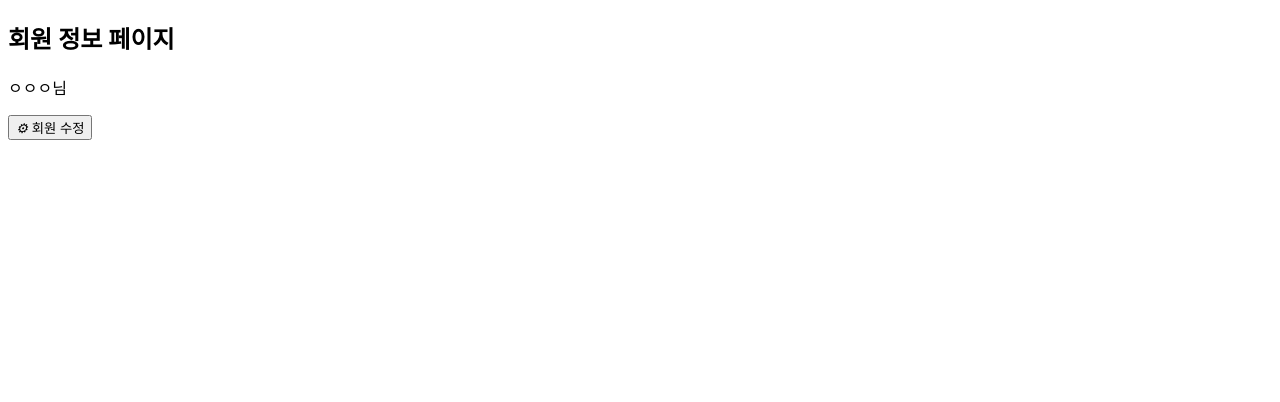
Repository: tnal465/javapj
Page: mergeproject/src/main/webapp/WEB-INF/views/user.html
These files come from the project's save history. The page is drawn as it stood at one moment and after the next save; the edit follows.
The browser window is 1280 px wide. The pictures show the whole page.

Above is the page before, as saved 2025-03-07 17:16:21.

### mergeproject/src/main/webapp/WEB-INF/views/user.html
<!DOCTYPE html>
<html>
<head>
<meta charset="UTF-8">
<title>Insert title here</title>
<script>
        function editPage() {
            window.location.href = "/user/edit"; // 회원 수정 페이지 URL
        }
    </script>
</head>
<body>
<h2>회원 정보 페이지</h2>
<p>ㅇㅇㅇ님</p>
<button onclick="editPage()">
    <i>⚙</i> 회원 수정
</button>
</body>
</html>

After the next save:
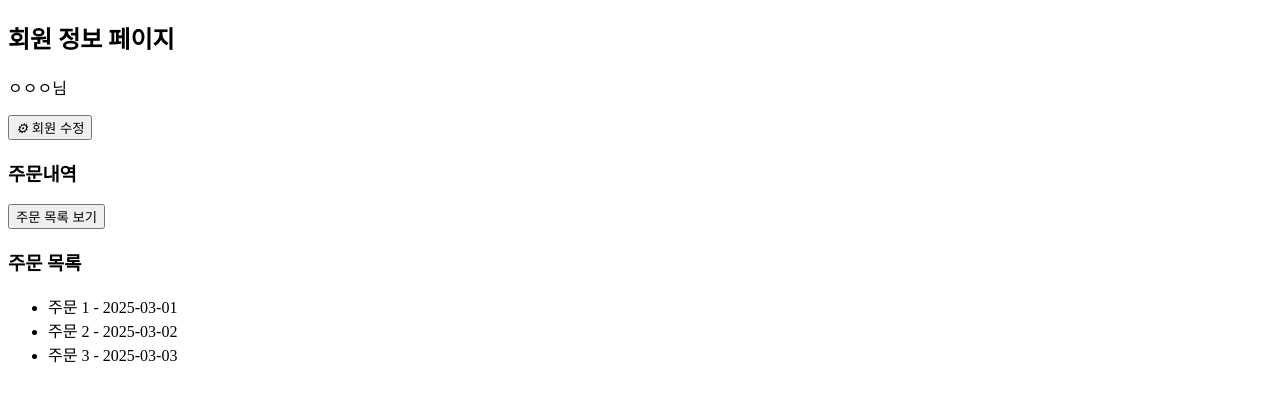
Saved 112 s later.
--- a/mergeproject/src/main/webapp/WEB-INF/views/user.html
+++ b/mergeproject/src/main/webapp/WEB-INF/views/user.html
@@ -15,5 +15,16 @@
 <button onclick="editPage()">
     <i>⚙</i> 회원 수정
 </button>
+<h3>주문내역</h3>
+<button onclick="toggleOrderList()">주문 목록 보기</button>
+<div id="orderList">
+    <h3>주문 목록</h3>
+    <ul>
+        <li>주문 1 - 2025-03-01</li>
+        <li>주문 2 - 2025-03-02</li>
+        <li>주문 3 - 2025-03-03</li>
+    </ul>
+</div>
+
 </body>
 </html>
